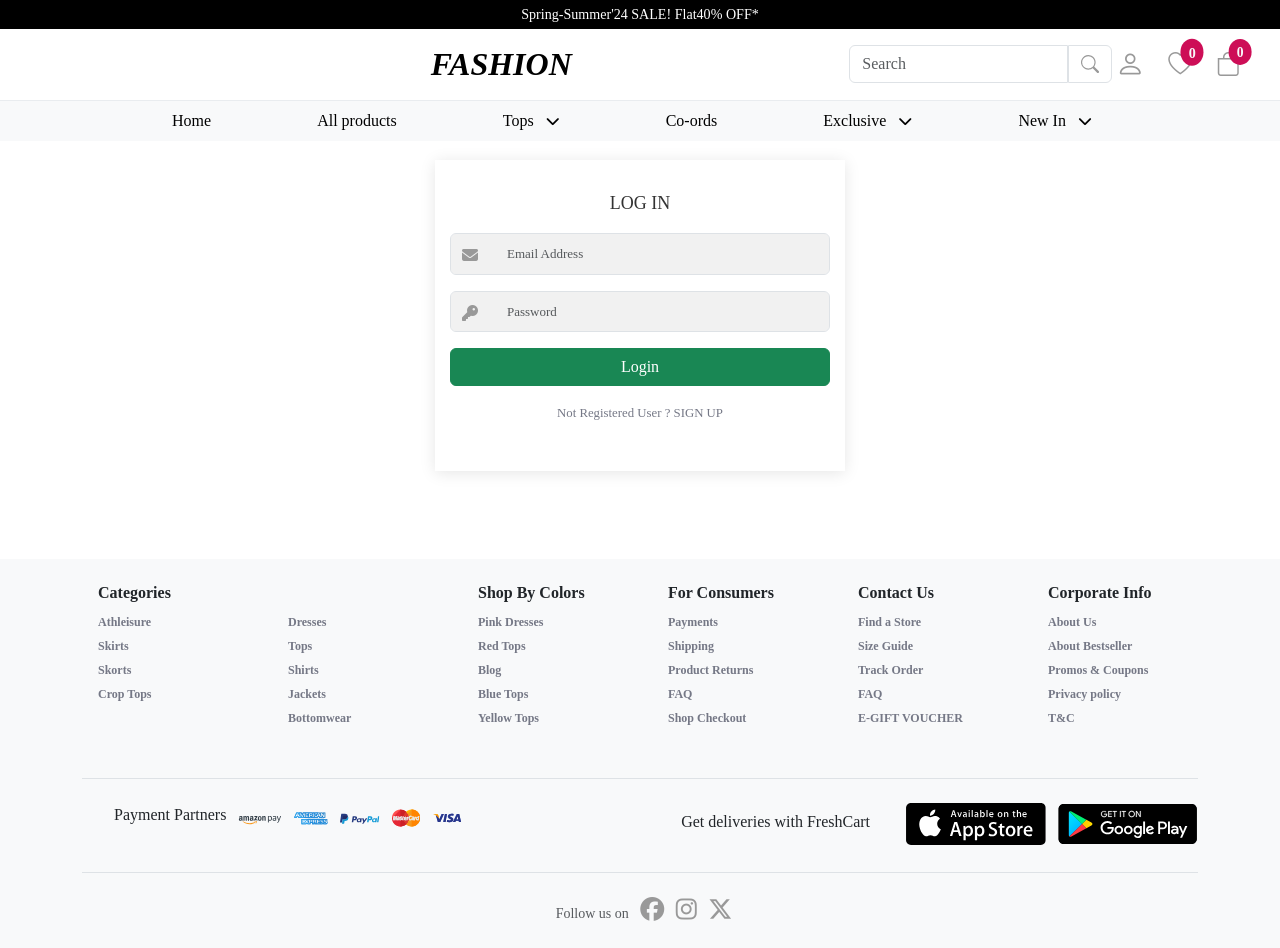
Repository: rutvija-mali/E-commerce
Page: http://localhost/my-fashion-app/login.jsp
An editor plug-in stored every save of this project. The page is shown before and after the next save, followed by the edit.
The browser window is 1280 px wide. The pictures show the whole page.
Some web fonts or font styles are not loaded; a fallback is used. Some web libraries are served in a nearby version. The page is served by Tomcat 10.

Above is the page before, as saved 2024-07-09 04:04:57.

After the next save:
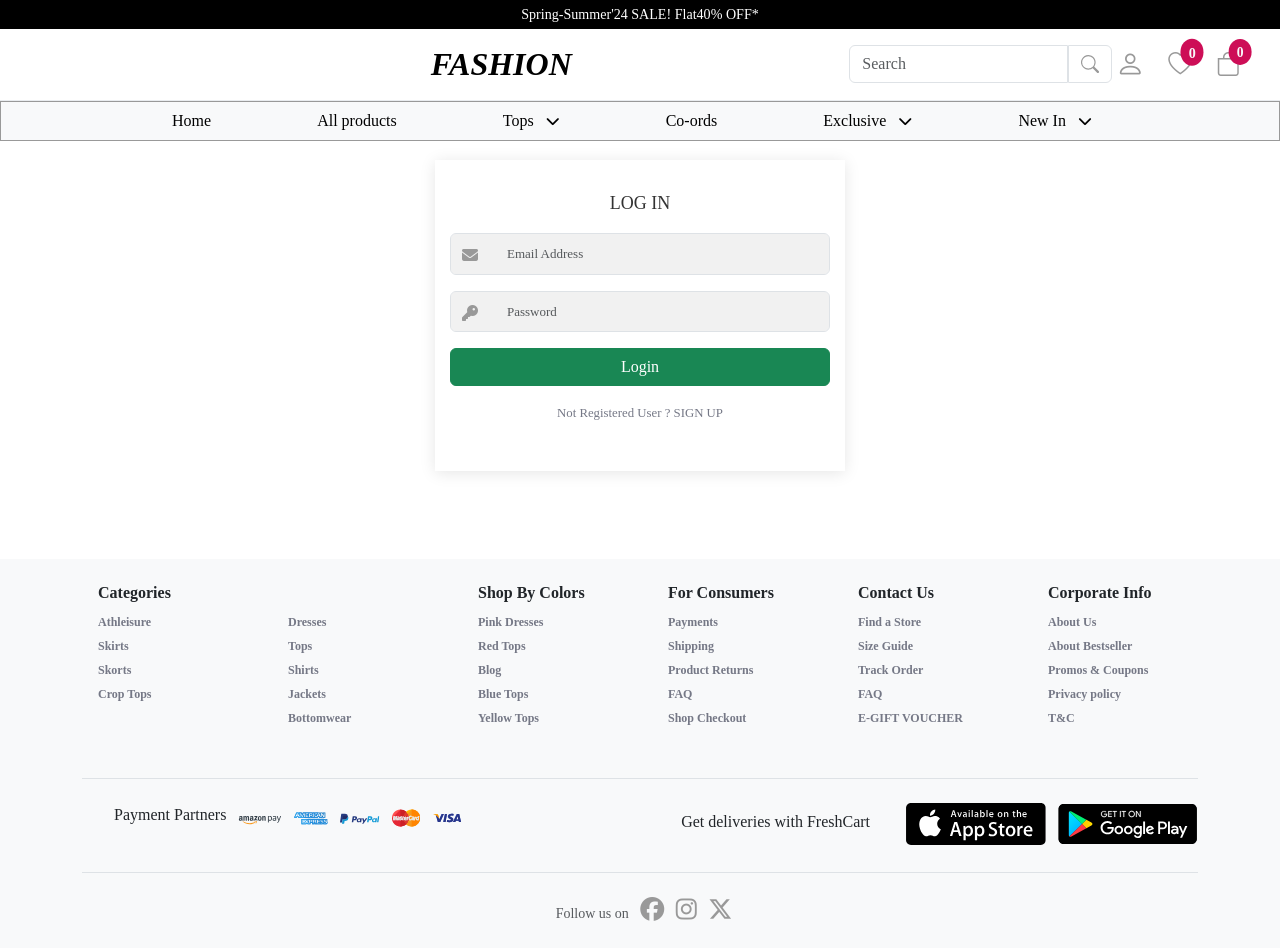
Saved 2 min 0 s later.
--- a/my-fashion-app/src/main/webapp/other/stylesheet.css
+++ b/my-fashion-app/src/main/webapp/other/stylesheet.css
@@ -297,7 +297,7 @@ h2{
 
  #third-navbar-container{
       height: 40px;
-
+      border: 0.5px solid var(--light-grey);
     }
     .nav-item.dropdown:hover .dropdown-menu{
       display: block;
